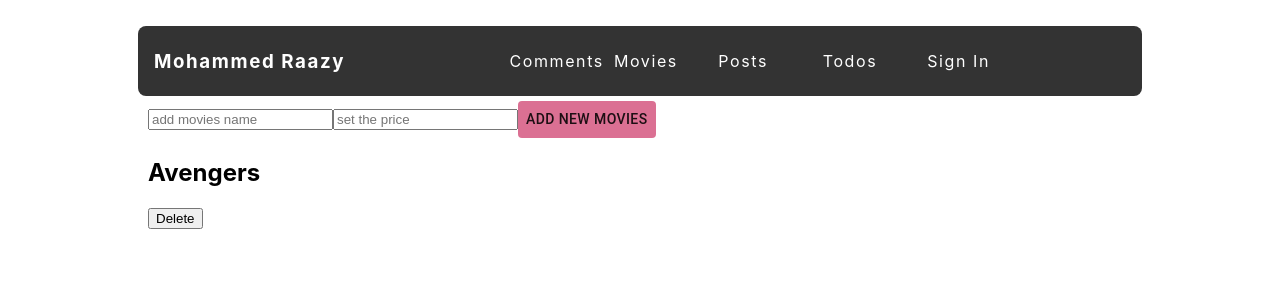
Repository: raazymuhd1/learn-nextjs
Page: /movies
The author's editor kept a copy of each file at every save. The page is drawn from the files as they stood at one save, then again after the next save.
The browser window is 1280 px wide. The pictures show the whole page.
The page's requests for data from a server got no answer. The project was rebuilt for these pictures with package versions that can differ from the ones it lists, and the page was loaded fresh each time. The framework's server and built-in components were replaced by stand-ins that run in the browser. No one was signed in, and anything a server would have sent is missing.

Above is the page before, as saved 2021-09-02 20:00:48.

After the next save:
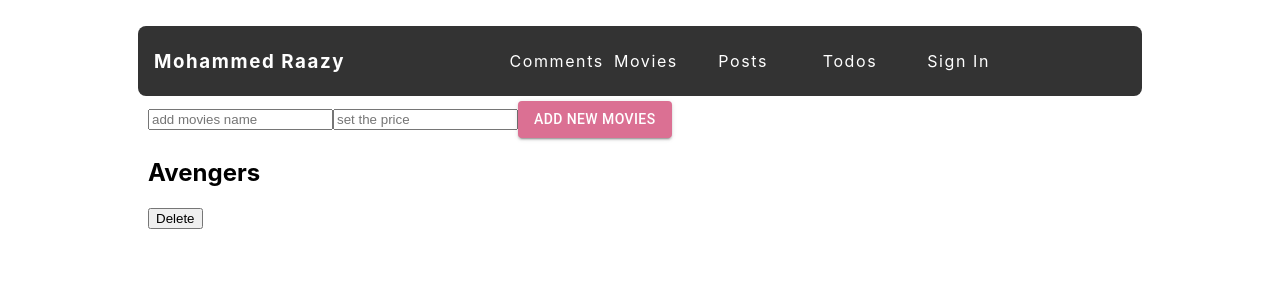
Saved 6 min 30 s later.
--- a/pages/movies/index.js
+++ b/pages/movies/index.js
@@ -36,7 +36,7 @@ const Movie = () => {
              value={moviePrice}
              onChange={e => setMoviePrice(e.target.value) }
              placeholder="set the price"  />
-             <Button className={classes.btn}
+             <Button className={classes.btn} variant="contained" color="primary"
              onClick={ () => dispatch({ type: "addMovie", name: movieName, price: moviePrice }) } > Add New Movies </Button>
 
              { movies.map((movie, index) => (
